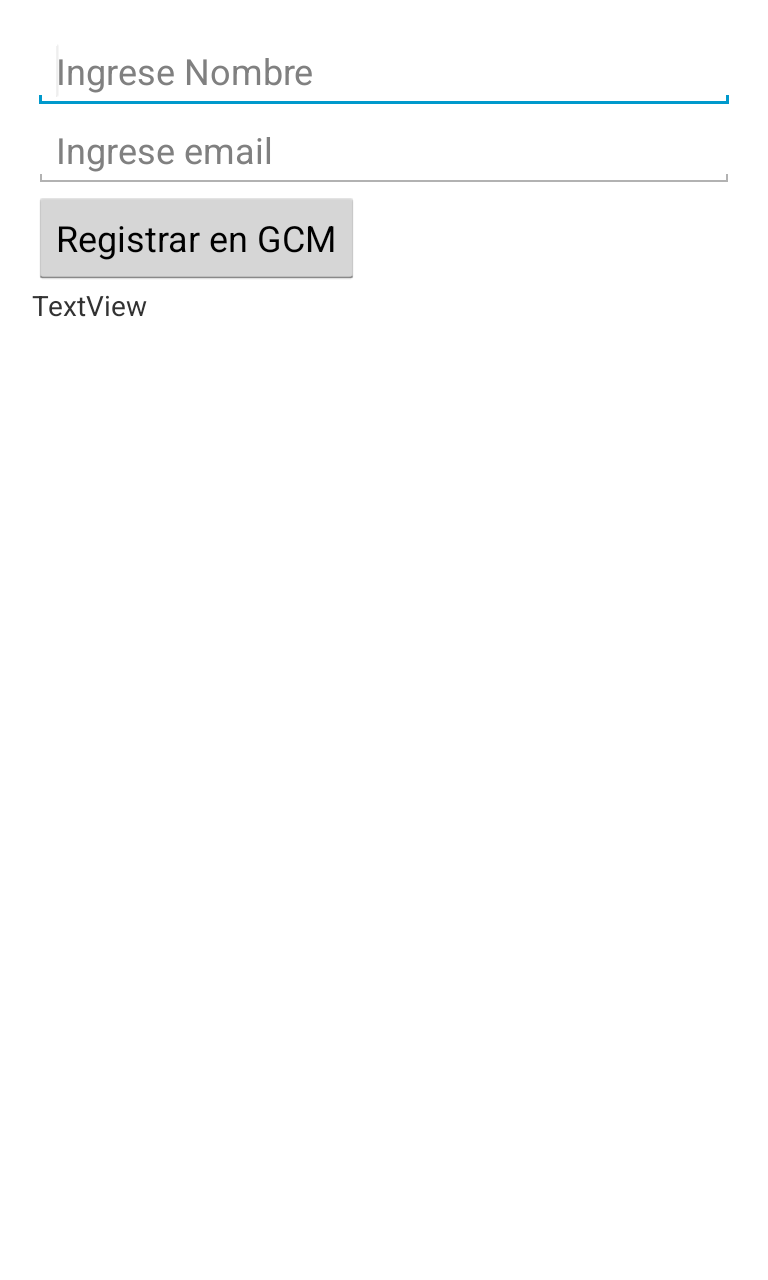
Repository: unmultimedio/android-cymetria-manizales
Layout: workspace/GCM/res/layout/fragment_main.xml
These files come from the project's save history. The layout is drawn as it stood at one moment and after the next save; the edit follows.
It is drawn on a 768 x 1280 px phone screen (xhdpi) without system bars, with theme AppTheme; the app's code is not run.

Above is the layout before, as saved 2014-07-26 13:35:13.

After the next save:
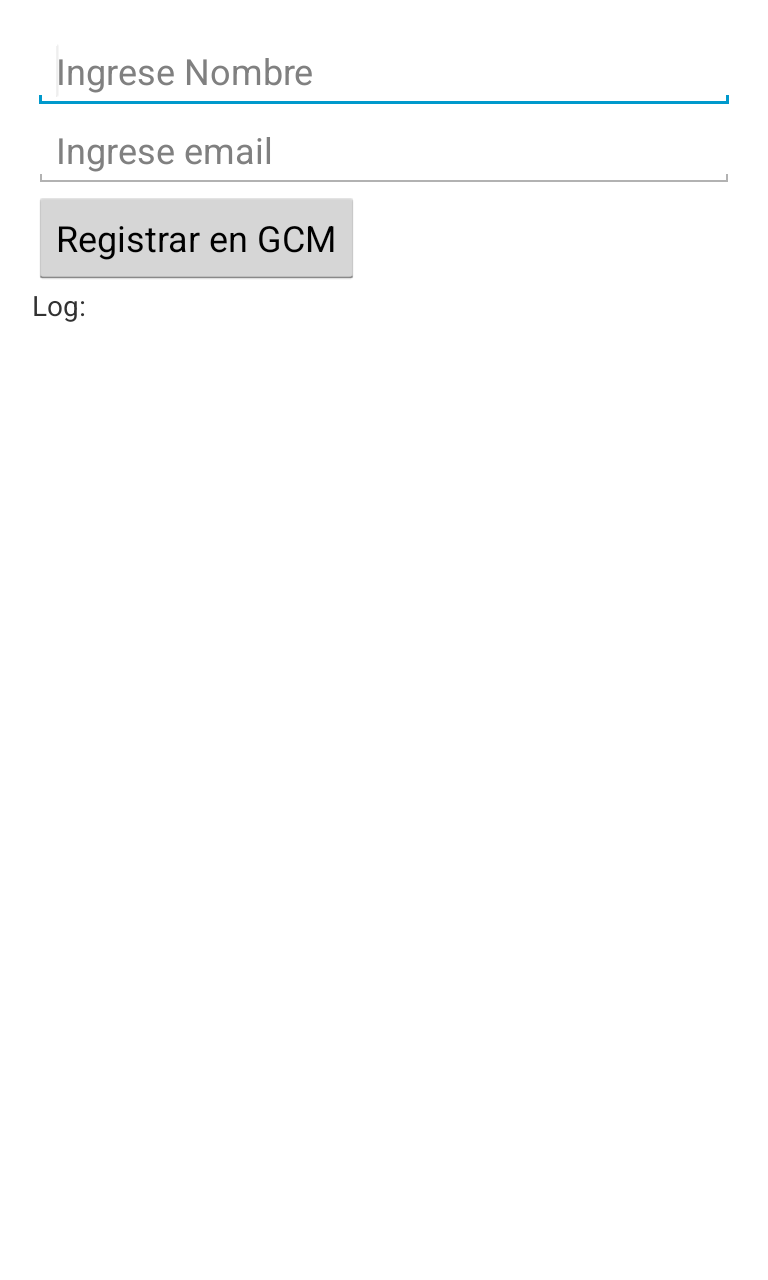
Saved 15 s later.
--- a/workspace/GCM/res/layout/fragment_main.xml
+++ b/workspace/GCM/res/layout/fragment_main.xml
@@ -37,6 +37,6 @@
         android:id="@+id/textView1"
         android:layout_width="wrap_content"
         android:layout_height="wrap_content"
-        android:text="TextView" />
+        android:text="@string/log" />
 
 </LinearLayout>
